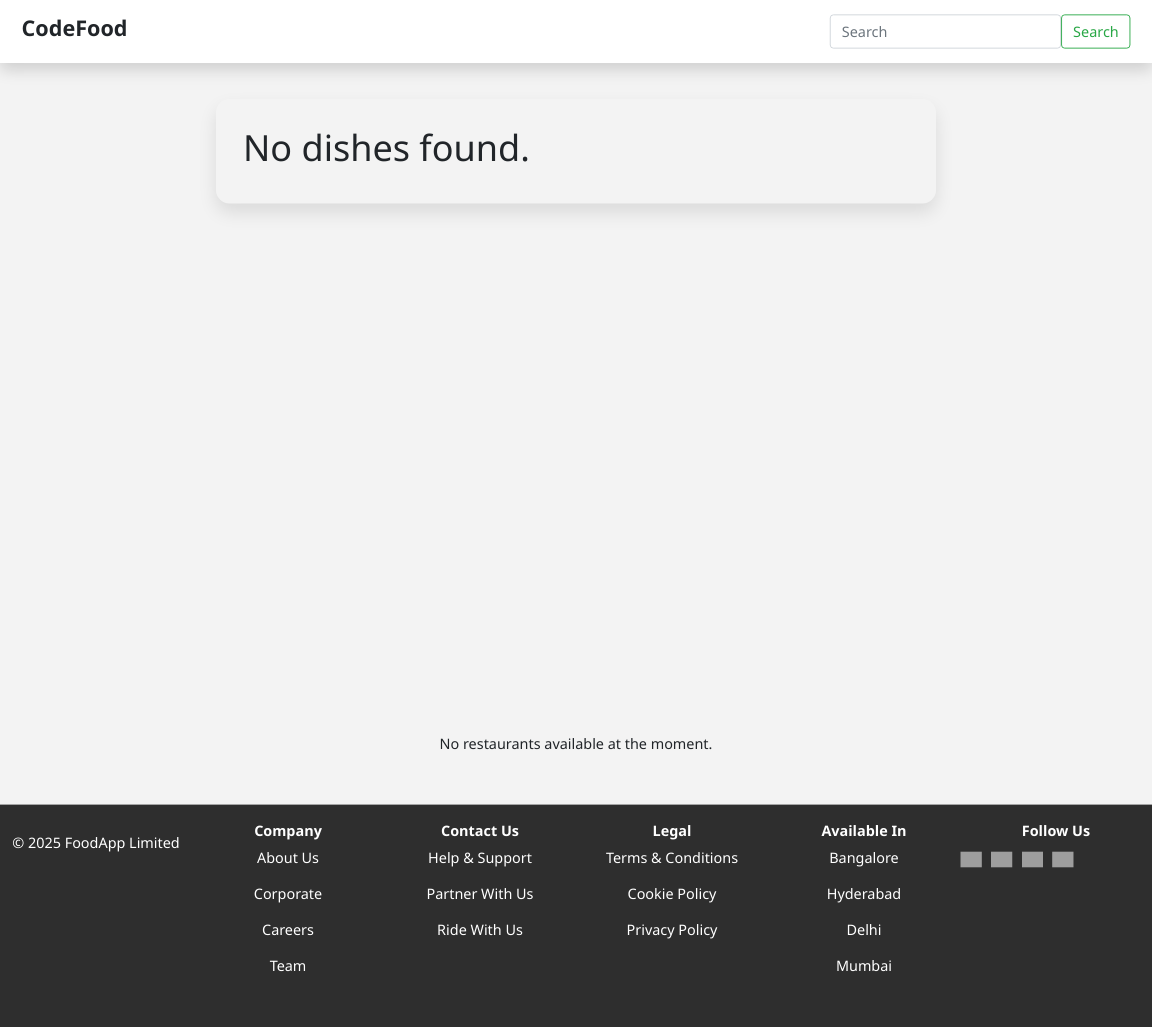
Repository: Rupeswarbhainsa777/Food-Web-App
Page: http://localhost/TapFoodApp/resturent.jsp
An editor plug-in stored every save of this project. The page is shown before and after the next save, followed by the edit.
The browser window is 1280 px wide. The pictures show the whole page, at 90% of full size.
Pictures or frames that could not be fetched are drawn as grey boxes. The page is served by Tomcat 10. Nobody is signed in. The application's start-up code is not run. Queries for data that is not in the repository find no rows.

Above is the page before, as saved 2025-05-03 15:02:57.

After the next save:
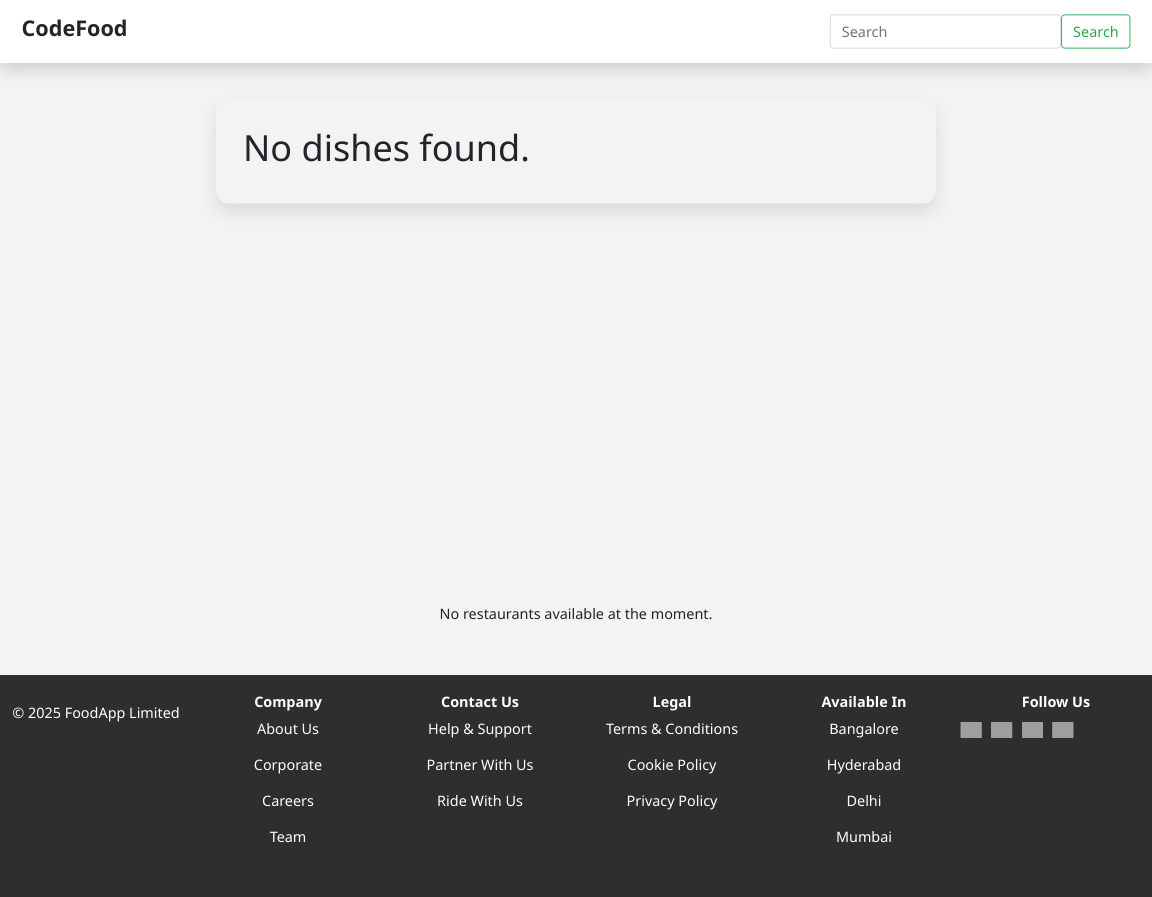
Saved 15 s later.
--- a/TapFoodApp/src/main/webapp/resturent.jsp
+++ b/TapFoodApp/src/main/webapp/resturent.jsp
@@ -164,7 +164,7 @@ List<Dish> menuList = dishDAO.getAllDishes();
 </header>
 
 <!-- Swiper Carousel for Dishes -->
-<section  style="height:100vh;">
+<section  style="height:80vh;">
 <div class="swiper mySwiper">
     <div class="swiper-wrapper">
         <% if (menuList != null && !menuList.isEmpty()) {
